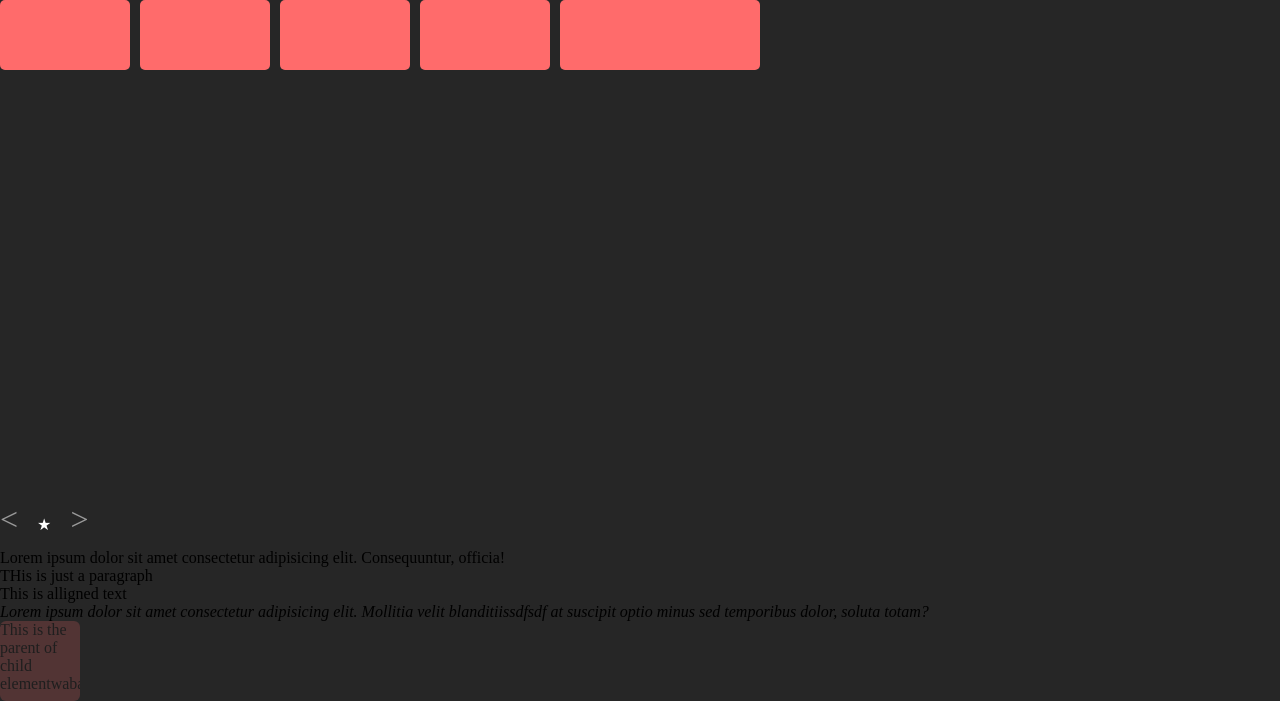
Repository: robin-webdev/frontend
Page: CSS/index.html
The author's editor kept a copy of each file at every save. The page is drawn from the files as they stood at one save, then again after the next save.
The browser window is 1280 px wide. The pictures show the part of the page from y = 0 to 701 px (the page is 1084 px tall).
Pictures or frames that could not be fetched are drawn as grey boxes. The style sheet was rebuilt from its Sass, Less or Tailwind sources for each picture, by a compiler version that may differ from the author's.

Above is the page before, as saved 2025-12-17 15:46:01.

### CSS/index.html
<!DOCTYPE html>
<html lang="en">
  <head>
    <meta charset="UTF-8" />
    <meta name="viewport" content="width=device-width, initial-scale=1.0" />
    <title>SCSS</title>
    <link rel="stylesheet" href="style.css" />
  </head>
  <body>
    <main>

      <section class="section8">
        <div class="box"></div>
        <div class="box"></div>
        <div class="box"></div>
        <div class="box"></div>
        <div class="box"></div>
      </section>

      <section class="section1">
        <span class="quote">
          <span class="icon"></span>
        </span>
      </section>
      <section class="section2">Lorem ipsum dolor sit amet consectetur adipisicing elit. Consequuntur, officia!
        <p>THis is just a paragraph</p>
      </section>
      <section class="section3">This is alligned text
        <p>Lorem ipsum dolor sit amet consectetur adipisicing elit. Mollitia velit blanditiissdfsdf at suscipit optio minus sed temporibus dolor, soluta totam?</p>
      </section>
      <section class="section4">This is the parent of child elementwaba
        <div class="child">Child</div>
      </section>
      <section class="section5">
        <h2>Mountains</h2>
      </section>
       <section class="section6">
        <div class="box"></div>
      </section>
        <section class="section7">
      <h1>Drishyam 2</h1>
     </section>


    </main>
  </body>
</html>

### CSS/style.scss
@mixin center() {
  display: flex;
  justify-content: center;
  align-items: center;
}

* {
  margin: 0;
  padding: 0;
  box-sizing: border-box;
}

@font-face {
  font-family: horror; /* Custom name for your font */
  src: url(./Blood\ Victim\ Zombie.ttf); /* Path to font file */
}

html,
body {
  height: 100%;
  width: 100%;
  background-color: rgb(38, 38, 38);
}

.quote::before {
  content: "<"; /* Adds opening quote */
  font-size: 2em;
  color: #999;
}

.quote::after {
  content: ">"; /* Adds closing quote */
  font-size: 2em;
  color: #999;
}

.icon::before {
  content: "★"; /* Adds star icon before text */
  display: inline-block;
  padding: 15px;
  color: white;
}

.section2::selection {
  background-color: #ff6b6b; /* Color when text is highlighted */
  color: white;
}

.section2 {
  p::selection {
    background-color: yellow; /* Specific to paragraphs */
    color: black;
  }
}

.section3 {
  // text-indent: 50px;
  // letter-spacing: 5px;
  // text-align: center;

  p {
    // word-break: break-all;
    white-space: nowrap;
    overflow: hidden;
    text-overflow: ellipsis;
    font-style: italic;
  }
}

.section4 {
  height: 80px;
  width: 80px;
  background-color: #ff6b6b;
  border-radius: 6px;
  opacity: 0.2;
  // filter: blur(1px);
  -webkit-backdrop-filter: blur(10px);
}

.section4 {
  overflow: hidden;
  .child {
    height: 30px;
    width: 30px;
    background-color: crimson;
    transform: translate(100px);
    // position: relative;
  }
}

.section5 {
  background-image: url(https://cdn.pixabay.com/photo/2018/01/14/23/12/nature-3082832_1280.jpg);
  background-size: cover;
  height: 200px;
  display: flex;
  justify-content: center;
  align-items: center;

  h2 {
    font-family: horror;
    color: white;
    padding: 5px 10px;
    border-radius: 10px;
    // opacity: 0.5;

    backdrop-filter: blur(2px);
  }
}

.section6 {
  padding-top: 50px;
  display: flex;
  justify-content: center;
  align-items: center;
  perspective: 100px;

  .box {
    height: 100px;
    width: 150px;
    background-image: url(https://cdn.pixabay.com/photo/2018/01/14/23/12/nature-3082832_1280.jpg);
    background-size: cover;
    background-position: center;
    border: 3px solid rgb(49, 49, 49);
    // border-radius: 5px;
    transform: rotateY(45deg);
  }
}

.section7 {
  @include center();

  h1 {
    background-image: url(https://cdn.pixabay.com/photo/2018/01/14/23/12/nature-3082832_1280.jpg);
    background-size: cover;
    background-position: center;
    background-clip: text;
    color: transparent;
    font-family: "Segoe UI", Tahoma, Geneva, Verdana, sans-serif;
  }
}

.section8{
  height: 500px;
  @include center();
  gap: 10px;
  flex-wrap: wrap;
  justify-content: start;
  // align-content: space-evenly;
  align-items: start;

  .box{
    background-color: #ff6b6b;
    height: 70px;
    width: 130px;
    border-radius: 5px;
  }

  .box:nth-child(2){
    // flex-grow: 1;
    flex-basis: 200px;
    // flex-shrink: 3;
    order: 5;
  }
}

After the next save:
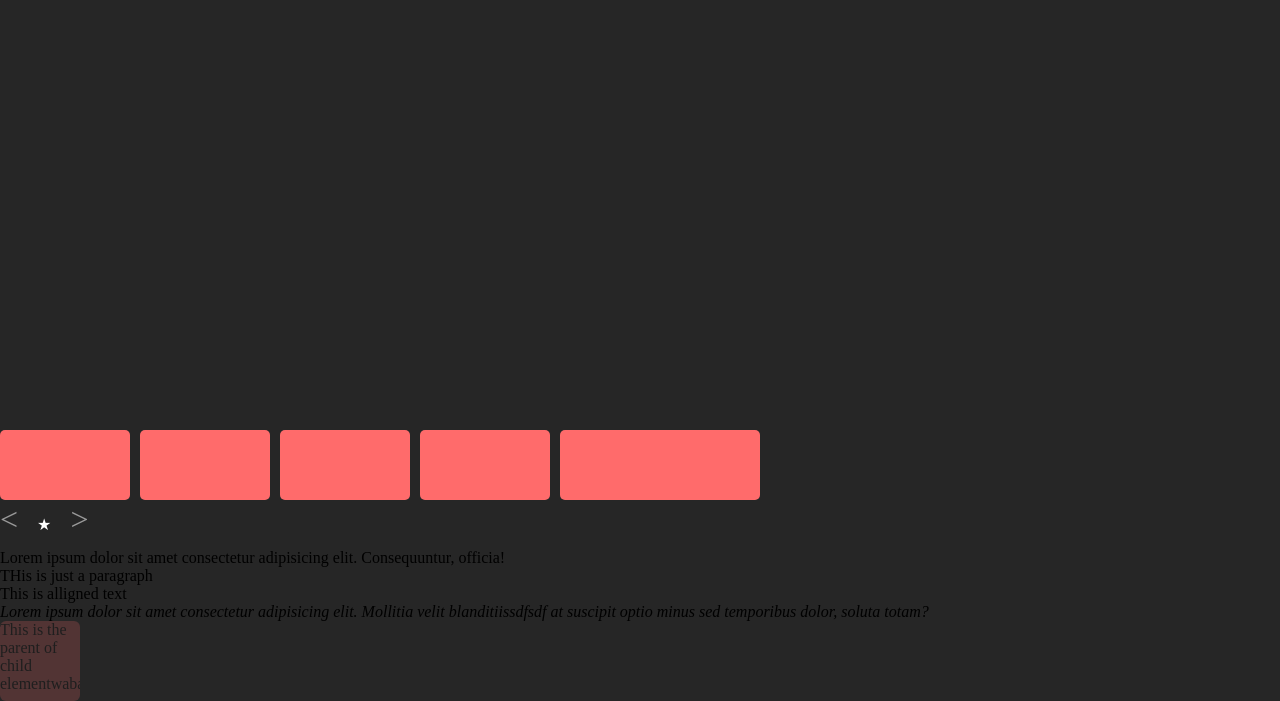
Saved 4 s later.
--- a/CSS/style.scss
+++ b/CSS/style.scss
@@ -146,7 +146,7 @@ body {
   flex-wrap: wrap;
   justify-content: start;
   // align-content: space-evenly;
-  align-items: start;
+  align-items: end;
 
   .box{
     background-color: #ff6b6b;
